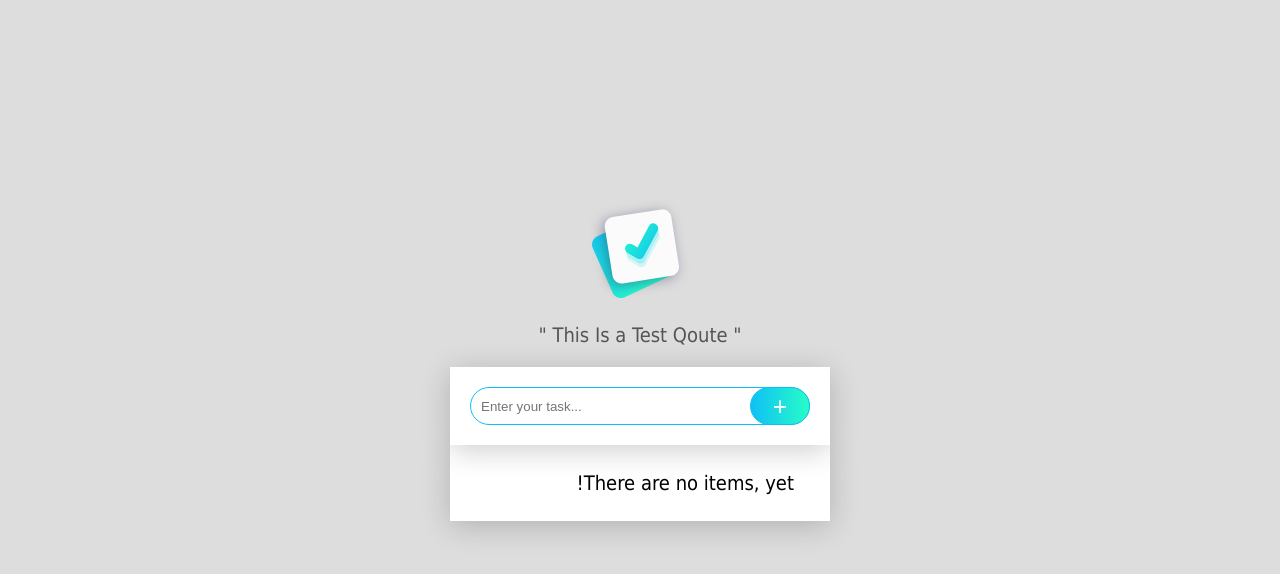
Repository: ahmedhamed15/React-Todo
Page: /
The author's editor kept a copy of each file at every save. The page is drawn from the files as they stood at one save, then again after the next save.
The browser window is 1280 px wide. The pictures show the whole page.
The project was rebuilt for these pictures with package versions that can differ from the ones it lists, and the page was loaded fresh each time. Also part of the build but not shown: src/components/Todos/TodoItem/index.js.

Above is the page before, as saved 2021-07-27 01:58:31.

### src/index.js
import React from 'react';
import ReactDOM from 'react-dom';
import './index.scss';
import App from './App';

ReactDOM.render(<App />,document.getElementById('root'));

### src/index.scss
html {
  background: #ddd;
  height: 100%;
  display: flex;
}
body {
  width: 100%;
  margin: auto;
  margin: 0;
  padding: 0;
  font-family: 'tahoma', arial;
}

#root {
  height: 100%;
}
.App {
  display: flex;
  flex-direction: column;
  justify-content: center;
  height: 100%;
}

/* width */
::-webkit-scrollbar {
  width: 5px;
}

/* Track */
::-webkit-scrollbar-track {
  background: #f1f1f1;
}

/* Handle */
::-webkit-scrollbar-thumb {
  background-image: linear-gradient(to bottom, #0FC0F5, #27FDC7);
}

/* Handle on hover */
::-webkit-scrollbar-thumb:hover {
  background-image: linear-gradient(to bottom, #27FDC7, #0FC0F5);

}

### src/App.js
import MainLogo from "./components/MainLogo";
import Qoute from "./components/Qoute";
import TodoList from "./components/Todos/TodoList";

function App() {
  return (
    <section className="App">
      <MainLogo />
      <Qoute />
      <TodoList />
    </section>
  );
}

export default App;

### src/components/MainLogo/index.js
import "./style.scss"

const index = () => {
    return (
        <section className="main-logo">
            <svg width="100px" height="100px" viewBox="0 0 100 100" version="1.1" xmlns="http://www.w3.org/2000/svg" xmlnsXlink="http://www.w3.org/1999/xlink">
                <desc>Created with Sketch.</desc>
                <defs>
                <linearGradient x1="34.9523037%" y1="0%" x2="116.039609%" y2="115.484477%" id="linearGradient-1">
                    <stop stopColor="#27FDC7" offset="0%"></stop>
                    <stop stopColor="#0FC0F5" offset="100%"></stop>
                </linearGradient>
                <rect id="path-2" x="19.8783454" y="5.46149939" width="67.2578578" height="67.2008596" rx="8.99999976"></rect>
                <filter x="-35.7%" y="-28.3%" width="162.4%" height="162.5%" filterUnits="objectBoundingBox" id="filter-3">
                    <feOffset dx="-3" dy="2" in="SourceAlpha" result="shadowOffsetOuter1"></feOffset>
                    <feGaussianBlur stdDeviation="6.5" in="shadowOffsetOuter1" result="shadowBlurOuter1"></feGaussianBlur>
                    <feColorMatrix values="0 0 0 0 0.0296505968   0 0 0 0 0.0172602666   0 0 0 0 0.100446429  0 0 0 0.423177083 0" type="matrix" in="shadowBlurOuter1"></feColorMatrix>
                </filter>
                <linearGradient x1="0%" y1="0%" x2="115.291753%" y2="112.548614%" id="linearGradient-4">
                    <stop stopColor="#27FDC7" offset="0%"></stop>
                    <stop stopColor="#0FC0F5" offset="83.2001616%"></stop>
                    <stop stopColor="#27FDC7" offset="100%"></stop>
                </linearGradient>
                <path d="M40.2086259,6.21042694 C39.2480415,5.24152695 38.1027468,4.75708888 36.7727039,4.75708888 C35.4426658,4.75708888 34.3096854,5.24152695 33.3737297,6.21042694 L16.3049725,23.7622477 L12.0193093,19.3649757 C11.0833536,18.3960804 9.9503732,17.9116376 8.62033507,17.9116376 C7.29029269,17.9116376 6.14499751,18.3960804 5.1844131,19.3649757 C4.24845898,20.3338709 3.78048896,21.5077058 3.78048896,22.8865186 C3.78048896,24.2653314 4.24845898,25.4391663 5.1844131,26.4080615 L12.8690505,34.3082476 C13.8296349,35.2771428 14.9749296,35.7615833 16.3049725,35.7615833 C17.6350106,35.7615833 18.767991,35.2771428 19.7039467,34.3082476 L40.2086259,13.2535128 C41.1445816,12.2597758 41.61255,11.0797257 41.61255,9.71333379 C41.61255,8.34694665 41.1445816,7.17932216 40.2086259,6.21042694 Z" id="path-5"></path>
                <filter x="-51.5%" y="-62.9%" width="203.1%" height="225.8%" filterUnits="objectBoundingBox" id="filter-6">
                    <feOffset dx="0" dy="0" in="SourceAlpha" result="shadowOffsetOuter1"></feOffset>
                    <feGaussianBlur stdDeviation="6.5" in="shadowOffsetOuter1" result="shadowBlurOuter1"></feGaussianBlur>
                    <feColorMatrix values="0 0 0 0 1   0 0 0 0 1   0 0 0 0 1  0 0 0 0.588937953 0" type="matrix" in="shadowBlurOuter1"></feColorMatrix>
                </filter>
                </defs>
                <g id="Page-1" stroke="none" strokeWidth="1" fill="none" fillRule="evenodd">
                <g id="Artboard-2" transform="translate(-214.000000, -272.000000)">
                    <g id="Group-4" transform="translate(201.000000, 269.000000)">
                        <g id="Group-3" transform="translate(58.787474, 58.534712) rotate(-6.000000) translate(-58.787474, -58.534712) translate(5.642436, 5.434712)">
                            <g id="Group-2" transform="translate(52.899385, 53.035097) rotate(7.000000) translate(-52.899385, -53.035097) translate(5.609309, 5.785097)">
                            <path d="M20.0219734,15.1240886 L74.1829282,14.1930575 C79.1527566,14.1076258 83.2508546,18.0672116 83.3362864,23.03704 C83.3371726,23.0885978 83.3376158,23.1401624 83.3376158,23.1917278 L83.3376158,72.0429044 C83.3376158,76.9531616 79.4018358,80.9571794 74.4923039,81.0415747 L20.3313491,81.9726057 C15.3615207,82.0580374 11.2634227,78.0984516 11.1779909,73.1286232 C11.1771047,73.0770654 11.1766615,73.0255009 11.1766615,72.9739354 L11.1766615,24.1227589 C11.1766615,19.2125016 15.1124415,15.2084838 20.0219734,15.1240886 Z" id="Rectangle" fill="url(#linearGradient-1)" transform="translate(47.257139, 48.082832) scale(-1, -1) rotate(-25.000000) translate(-47.257139, -48.082832) "></path>
                            <g id="Rectangle" transform="translate(53.507274, 39.061929) rotate(-10.000000) translate(-53.507274, -39.061929) ">
                                <use fill="black" fillOpacity="1" filter="url(#filter-3)" xlinkHref="#path-2"></use>
                                <use fill="#FBFBFB" fillRule="evenodd" xlinkHref="#path-2"></use>
                            </g>
                            </g>
                        </g>
                        <g id="Group-5" transform="translate(43.000000, 26.000000)">
                            <path d="M41.1093892,10.5623533 C40.1488048,9.59345333 39.0035101,9.10901526 37.6734673,9.10901526 C36.3434291,9.10901526 35.2104488,9.59345333 34.274493,10.5623533 L17.2057358,28.1141741 L12.9200727,23.716902 C11.9841169,22.7480068 10.8511366,22.263564 9.52109843,22.263564 C8.19105605,22.263564 7.04576086,22.7480068 6.08517646,23.716902 C5.14922234,24.6857973 4.68125232,25.8596322 4.68125232,27.238445 C4.68125232,28.6172578 5.14922234,29.7910927 6.08517646,30.7599879 L13.7698139,38.660174 C14.7303983,39.6290692 15.875693,40.1135096 17.2057358,40.1135096 C18.535774,40.1135096 19.6687543,39.6290692 20.6047101,38.660174 L41.1093892,17.6054392 C42.045345,16.6117022 42.5133134,15.4316521 42.5133134,14.0652602 C42.5133134,12.698873 42.045345,11.5312485 41.1093892,10.5623533 Z" id="Page-1" fill="url(#linearGradient-4)" opacity="0.3" transform="translate(23.597283, 24.611262) rotate(-16.000000) translate(-23.597283, -24.611262) "></path>
                            <path d="M42.0101526,14.2623533 C41.0495682,13.2934533 39.9042735,12.8090153 38.5742306,12.8090153 C37.2441925,12.8090153 36.1112121,13.2934533 35.1752564,14.2623533 L18.1064992,31.8141741 L13.820836,27.416902 C12.8848803,26.4480068 11.7518999,25.963564 10.4218618,25.963564 C9.09181941,25.963564 7.94652422,26.4480068 6.98593982,27.416902 C6.78271177,27.6272827 6.60154798,27.8473258 6.4424483,28.0770317 C5.8688243,28.9052219 5.58201568,29.8590202 5.58201568,30.938445 C5.58201568,32.3172578 6.04998569,33.4910927 6.98593982,34.4599879 L14.6705772,42.360174 C15.6311616,43.3290692 16.7764563,43.8135096 18.1064992,43.8135096 C19.4365373,43.8135096 20.5695177,43.3290692 21.5054734,42.360174 L42.0101526,21.3054392 C42.9461083,20.3117022 43.4140767,19.1316521 43.4140767,17.7652602 C43.4140767,16.398873 42.9461083,15.2312485 42.0101526,14.2623533 Z" id="Page-1" fill="url(#linearGradient-4)" opacity="0.2" transform="translate(24.498046, 28.311262) rotate(-16.000000) translate(-24.498046, -28.311262) "></path>
                            <g id="Page-1" transform="translate(22.696519, 20.259336) rotate(-16.000000) translate(-22.696519, -20.259336) ">
                            <use fill="black" fillOpacity="1" filter="url(#filter-6)" xlinkHref="#path-5"></use>
                            <use fill="url(#linearGradient-4)" fillRule="evenodd" xlinkHref="#path-5"></use>
                            </g>
                        </g>
                    </g>
                </g>
                </g>
            </svg>
        </section>
    )
}

export default index

### src/components/Qoute/index.js
import "./style.scss"

const index = () => {
    return (
        <section className="qoute">
            <blockquote> This Is a Test Qoute </blockquote>
        </section>
    )
}

export default index

### src/components/Todos/TodoList/index.js
import React, {useState} from 'react';
import TodoItem from "../TodoItem";
import TodoFrom from "../TodoForm";
import "./style.scss"

const Index = () => {

    // Main State
    const [state, setState] = useState({
        tasks: localStorage.getItem('tasks') ? JSON.parse(localStorage.getItem('tasks')) : [],
        error: ''
    });

    // Add A New Item
    const addNewItem = (title) => {
        if (title.trim() !== '') {
            let newItems = {
                    id: Math.random(),
                    title,
                    done: false
                };
            setState({
                tasks: [...state.tasks, newItems],
                error: ''
            });
            localStorage.setItem('tasks', JSON.stringify([...state.tasks, newItems]));
        } else {
            setState({
                tasks: [...state.tasks],
                error: "You must add real value!"
            });
            localStorage.setItem('tasks', JSON.stringify([...state.tasks]));
        }
    }

    // Set Item State
    const setItemState = (id) => {
        let curItems = [...state.tasks],
            newItems = curItems.map( (item) => {
                if (item.id === id) {
                    item.done = !item.done;
                    return item;
                }
                return item;
            });
        setState({
            tasks: newItems,
            error: ''
        });
        localStorage.setItem('tasks', JSON.stringify(newItems));
    }

    // Delete an Item
    const deleteItem = (id) => {
        let curItems = [...state.tasks],
            newItems = curItems.filter( (item) => item.id !== id);
        setState({
            tasks: newItems,
            error: ''
        });
        localStorage.setItem('tasks', JSON.stringify(newItems));
    }

    return (
        <section className="todos-list">

            {/* General SVG code for checkbox */}
            <svg viewBox="0 0 0 0" style={ {position: 'absolute', zIndex: '-1', opacity: '0'} }>
                <defs>
                <linearGradient id="boxGradient" gradientUnits="userSpaceOnUse" x1="0" y1="0" x2="25" y2="25">
                    <stop offset="0%"   stopColor="#27FDC7"/>
                    <stop offset="100%" stopColor="#0FC0F5"/>
                </linearGradient>

                <linearGradient id="lineGradient">
                    <stop offset="0%"    stopColor="#0FC0F5"/>
                    <stop offset="100%"  stopColor="#27FDC7"/>
                </linearGradient>

                <path id="todo__line" stroke="url(#lineGradient)" d="M21 12.3h168v0.1z"></path>
                <path id="todo__box" stroke="url(#boxGradient)" d="M21 12.7v5c0 1.3-1 2.3-2.3 2.3H8.3C7 20 6 19 6 17.7V7.3C6 6 7 5 8.3 5h10.4C20 5 21 6 21 7.3v5.4"></path>
                <path id="todo__check" stroke="url(#boxGradient)" d="M10 13l2 2 5-5"></path>
                <circle id="todo__circle" cx="13.5" cy="12.5" r="10"></circle>
                </defs>
            </svg>


            {/* Todo From */}
            <TodoFrom addNewItem={addNewItem} errorMsg={state.error} />

            {/* Todos List */}
            <div className="todo-list">
                {/* { state.error !== '' && (<div className="todo"> {state.error} </div>) } */}
                { state.tasks.length > 0 ? state.tasks.map( (item) => <TodoItem key={item.id} task={item} setItemState={setItemState} deleteItem={deleteItem} /> ) : (<div className="no-result"> There are no items, yet! </div>) }
            </div>

        </section>
    )
}

export default Index

### src/components/MainLogo/style.scss
.main-logo {
    text-align: center;
}

### src/components/Qoute/style.scss
.qoute {
    text-align: center;
    blockquote {
        font: {
            size: 20px;
            family: 'tahoma', arial;
            weight: 500;
        }
        color: #555;
        &::after,
        &::before {
            content: ' " ';
        }
    }
}

### src/components/Todos/TodoForm/index.js
import React, {useState} from "react";
import "./style.scss";

const Index = ({ addNewItem, errorMsg }) => {

    // Init Value
    const [state, setState] = useState('');

    // Submit Handle
    const submitHandle = (e) => {
        e.preventDefault();
        addNewItem(e.target.title.value);
        setState('');
    }

    return (
        <form className="todo-form" onSubmit={submitHandle}>
            <input type="text" className="todo-form__input-type" name="title" placeholder="Enter your task..." onChange={(e) => setState(e.target.value)} value={state} />
            <button type="submit" className="todo-form__button-type"> + </button>
            {errorMsg !== '' && (<div className="error-message"> {errorMsg} </div>)}
        </form>
    )
}

export default Index

### src/components/Todos/TodoList/style.scss
.todo-list {
    background: #FFF;
    font-size: 20px;
    max-width: 17em;
    margin: auto;
    padding: 0.5em 1em;
    box-shadow: 0 5px 30px rgba(0, 0, 0, 0.2);
    max-height: 345px;
    overflow-y: auto;
    overflow-x: hidden;
    direction: rtl;
}

### src/components/Todos/TodoItem/style.scss
  .todo {
    display: block;
    position: relative;
    padding: 1em 1em 1em 16%;
    margin: 0 auto;
    cursor: pointer;
  }
  .no-result {
    padding: 1rem;
  }
  .todo:last-child {
    border-bottom: none;
  }
  .todo__state {
    position: absolute;
    top: 0;
    left: 0;
    opacity: 0;
  }
  .todo__text {
    color: #135156;
    transition: all 0.4s linear 0.4s;
    padding-left: 0;
    text-align: left;
  }
  .todo__icon {
    position: absolute;
    top: 0;
    bottom: 0;
    left: 0;
    width: 100%;
    height: auto;
    margin: auto;
    fill: none;
    stroke: #27FDC7;
    stroke-width: 2;
    stroke-linejoin: round;
    stroke-linecap: round;
    z-index: 999;
  }
  .todo__line,
  .todo__box,
  .todo__check {
    transition: stroke-dashoffset 0.8s cubic-bezier(0.9, 0, 0.5, 1);
  }
  .todo__circle {
    stroke: #27FDC7;
    stroke-dasharray: 1 6;
    stroke-width: 0;
    transform-origin: 13.5px 12.5px;
    transform: scale(0.4) rotate(0deg);
    -webkit-animation: none 0.8s linear;
            animation: none 0.8s linear;
  }
  @-webkit-keyframes explode {
    30% {
      stroke-width: 3;
      stroke-opacity: 1;
      transform: scale(0.8) rotate(40deg);
    }
    100% {
      stroke-width: 0;
      stroke-opacity: 0;
      transform: scale(1.1) rotate(60deg);
    }
  }
  @keyframes explode {
    30% {
      stroke-width: 3;
      stroke-opacity: 1;
      transform: scale(0.8) rotate(40deg);
    }
    100% {
      stroke-width: 0;
      stroke-opacity: 0;
      transform: scale(1.1) rotate(60deg);
    }
  }
  .todo__box {
    stroke-dasharray: 56.1053, 56.1053;
    stroke-dashoffset: 0;
    transition-delay: 0.16s;
  }
  .todo__check {
    stroke: #27FDC7;
    stroke-dasharray: 9.8995, 9.8995;
    stroke-dashoffset: 9.8995;
    transition-duration: 0.32s;
  }
  .todo__line {
    stroke-dasharray: 168, 1684;
    stroke-dashoffset: 168;
  }
  .todo__circle {
    -webkit-animation-delay: 0.56s;
            animation-delay: 0.56s;
    -webkit-animation-duration: 0.56s;
            animation-duration: 0.56s;
  }
  .todo__state:checked ~ .todo__text {
    transition-delay: 0s;
    color: #5EBEC1;
    opacity: 0.6;
  }
  .todo__state:checked ~ .todo__icon .todo__box {
    stroke-dashoffset: 56.1053;
    transition-delay: 0s;
  }
  .todo__state:checked ~ .todo__icon .todo__line {
    stroke-dashoffset: -8;
  }
  .todo__state:checked ~ .todo__icon .todo__check {
    stroke-dashoffset: 0;
    transition-delay: 0.48s;
  }
  .todo__state:checked ~ .todo__icon .todo__circle {
    -webkit-animation-name: explode;
            animation-name: explode;
  }
  .todo-item {
    position: relative;
    margin-right: 30px;
    &:not(:last-child) {
      .todo {
        border-bottom: solid 1px #ddd;
      }
    }
  }
  .todo__delete-btn {
    color: red;
    font: {
      size: 19px;
      weight: bold
    };
    position: absolute;
    top: 50%;
    right: -33px;
    transform: translateY(-50%);
    background-image: linear-gradient(to right, #0FC0F5, #27FDC7);
    width: 25px;
    height: 25px;
    text-align: center;
    border-radius: 50%;
    cursor: pointer;
  }

### src/components/Todos/TodoForm/style.scss
.todo-form {
    background: #FFF;
    font-size: 20px;
    max-width: 17em;
    margin: auto;
    padding: 1em;
    box-shadow: 0 5px 30px rgba(0, 0, 0, 0.2);
    display: flex;
    position: relative;
    flex-wrap: wrap;
    .todo-form__input-type,
    .todo-form__button-type {
        height: 30px;
        border: 1px solid #0FC0F5;
    }
    .todo-form__input-type {
        width: 100%;
        padding: 3px 10px;
        border-radius: 30px;
        &:focus {
            outline: 0;
        }
    }
    .todo-form__button-type {
        border-radius: 30px;
        width: 60px;
        height: 38px;
        background: none;
        color: #FFF;
        cursor: pointer;
        position: absolute;
        right: 0.8em;
        background-image: linear-gradient(to right, #0FC0F5, #27FDC7);
        border: 1px solid #0FC0F5;
        top: 20px;
        font: {
            size: 25px;
        }
        &:focus {
            outline: 0;
        }
    }
}
.error-message {
    width: 100%;
    text-align: center;
    font-size: 15px;
    color: red;
    margin-top: 10px;
}

Loaded but not shown: public/index.html (common file)

After the next save:
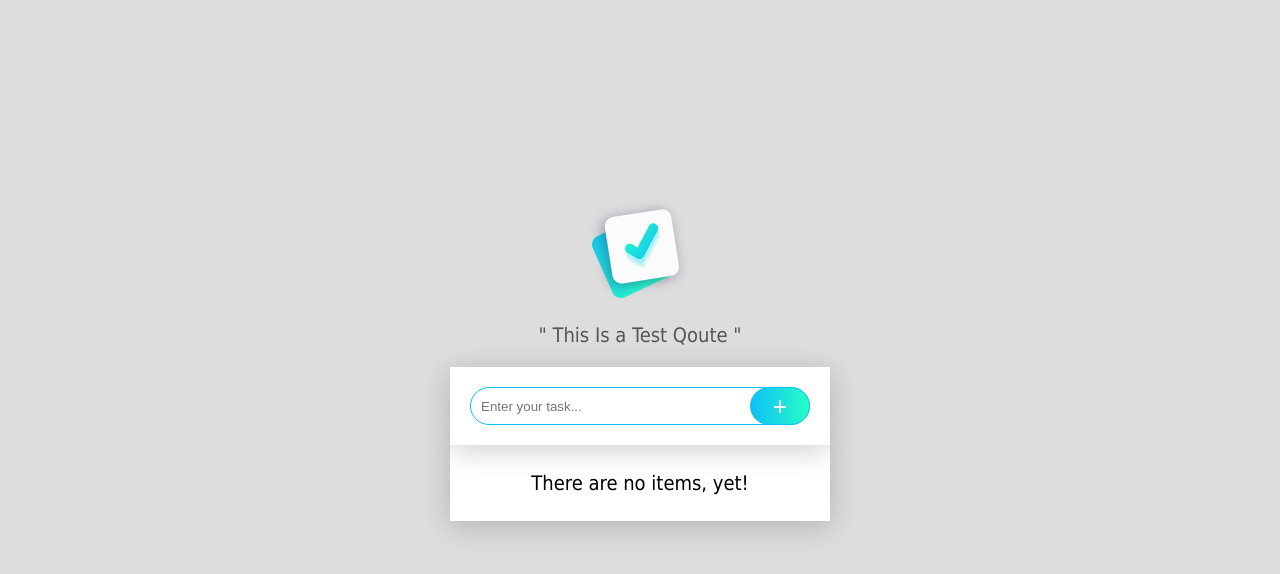
Saved 7 s later.
--- a/src/components/Todos/TodoItem/style.scss
+++ b/src/components/Todos/TodoItem/style.scss
@@ -7,6 +7,8 @@
   }
   .no-result {
     padding: 1rem;
+    text-align: center;
+    direction: ltr;
   }
   .todo:last-child {
     border-bottom: none;
